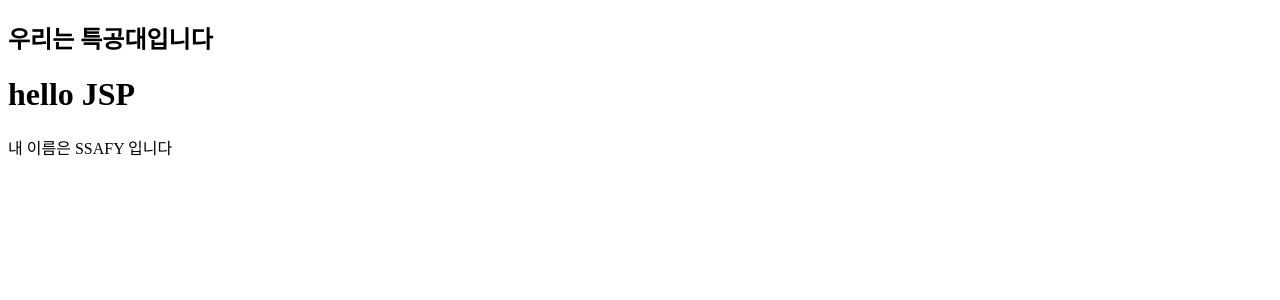
Repository: manchott/JAVAstudy
Page: http://localhost/Back03_JSP/
An editor plug-in stored every save of this project. The page is shown before and after the next save, followed by the edit.
The browser window is 1280 px wide. The pictures show the whole page.
The page is served by Tomcat 9.

Above is the page before, as saved 2022-11-02 00:48:08.

After the next save:
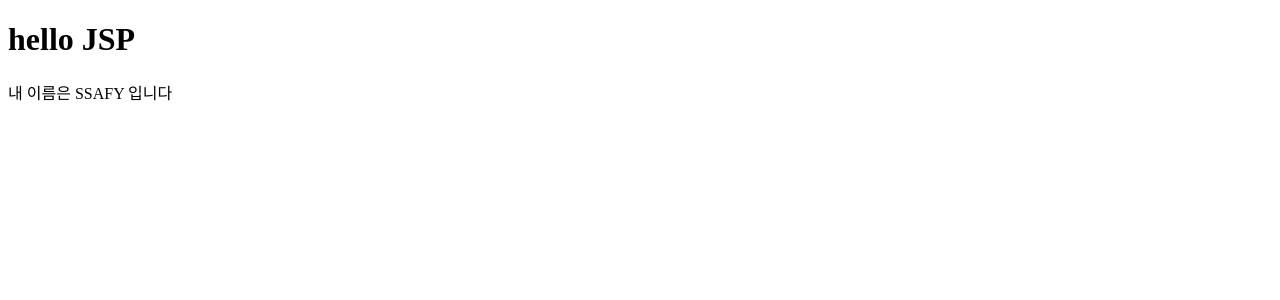
Saved 16 s later.
--- a/workspace/Back03_JSP/WebContent/index.jsp
+++ b/workspace/Back03_JSP/WebContent/index.jsp
@@ -8,7 +8,7 @@
 </head>
 <body>
 
-	<%@ include file="/common/header.jsp" %>
+	<!-- <%@ include file="/common/header.jsp" %> -->
 	<% String name = "SSAFY"; %>
 
 	<h1>hello JSP</h1>
